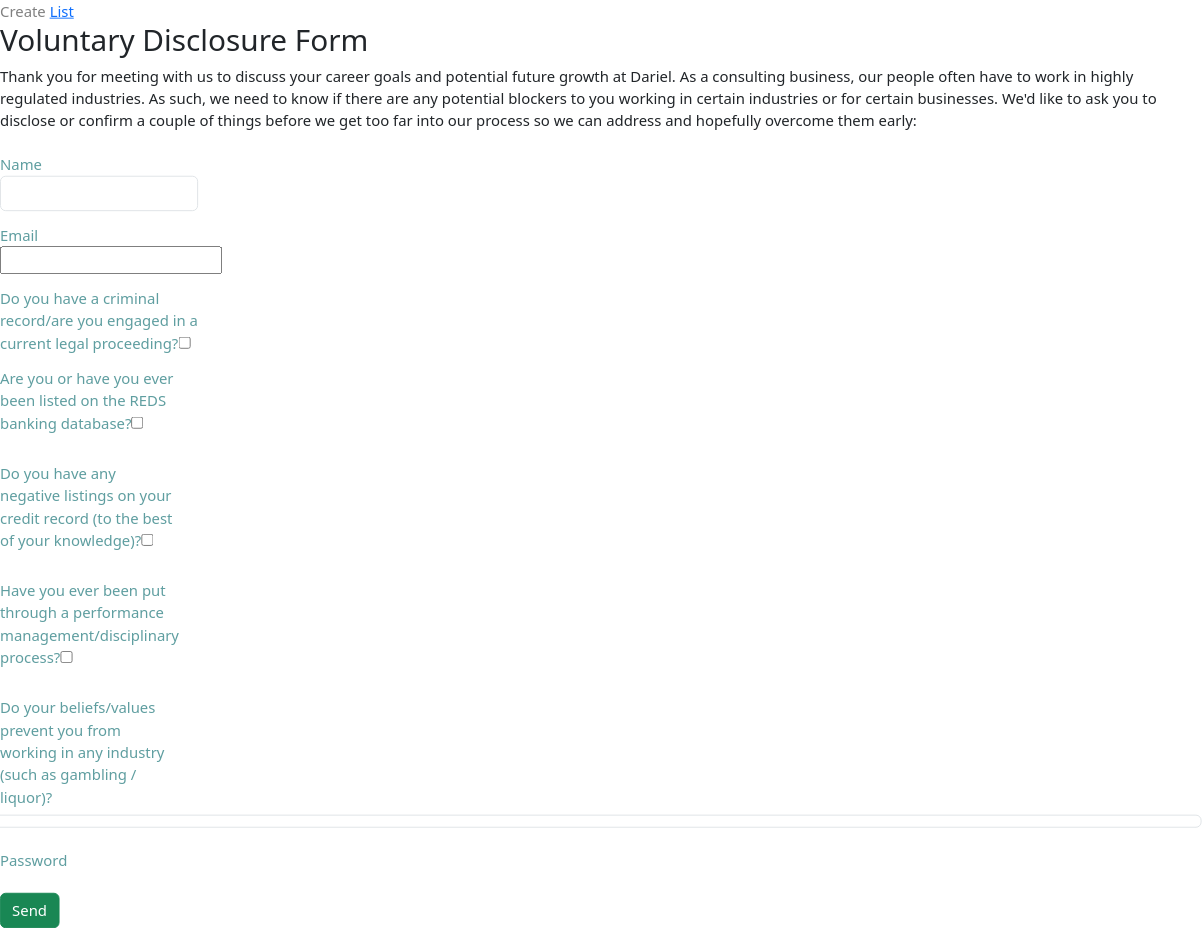
Repository: NtuthukoM/VoluntaryDisclosure
Page: / (app in disclosures-client/)
An editor plug-in stored every save of this project. The page is shown before and after a run of saves, followed by the edit.
The browser window is 1280 px wide. The page is 1292 px wide, so the pictures cover 1292 px, including what lies to the right of the window. The pictures show the whole page, at 93% of full size.
The project was rebuilt for these pictures with package versions that can differ from the ones it lists, and the page was loaded fresh each time. Also part of the build but not shown: disclosures-client/src/pages/ListDisclosures.js, disclosures-client/src/pages/DisclosureDetails.js, disclosures-client/src/pages/DisclosureSubmitted.js.

Above is the page before, as saved 2023-05-30 20:42:31.

### disclosures-client/public/index.html
<!DOCTYPE html>
<html lang="en">
  <head>
    <meta charset="utf-8" />

    <meta name="viewport" content="width=device-width, initial-scale=1" />
    <meta name="theme-color" content="#000000" />
    <meta
      name="description"
      content="Web site created using create-react-app"
    />
    <link rel="apple-touch-icon" href="%PUBLIC_URL%/logo192.png" />
    <!--
      manifest.json provides metadata used when your web app is installed on a
      user's mobile device or desktop. See https://developers.google.com/web/fundamentals/web-app-manifest/
    -->
    <link rel="manifest" href="%PUBLIC_URL%/manifest.json" />
    <!--
      Notice the use of %PUBLIC_URL% in the tags above.
      It will be replaced with the URL of the `public` folder during the build.
      Only files inside the `public` folder can be referenced from the HTML.

      Unlike "/favicon.ico" or "favicon.ico", "%PUBLIC_URL%/favicon.ico" will
      work correctly both with client-side routing and a non-root public URL.
      Learn how to configure a non-root public URL by running `npm run build`.
    -->
    <title>React App</title>
  </head>
  <body>
    <noscript>You need to enable JavaScript to run this app.</noscript>
    <div id="root"></div>
    <!--
      This HTML file is a template.
      If you open it directly in the browser, you will see an empty page.

      You can add webfonts, meta tags, or analytics to this file.
      The build step will place the bundled scripts into the <body> tag.

      To begin the development, run `npm start` or `yarn start`.
      To create a production bundle, use `npm run build` or `yarn build`.
    -->
  </body>
</html>

### disclosures-client/src/index.js
import React from 'react';
import ReactDOM from 'react-dom/client';
import './bootstrap.css';
// import './index.css';
import App from './App';
import reportWebVitals from './reportWebVitals';

const root = ReactDOM.createRoot(document.getElementById('root'));
root.render(
  <React.StrictMode>
    <App />
  </React.StrictMode>
);

// If you want to start measuring performance in your app, pass a function
// to log results (for example: reportWebVitals(console.log))
// or send to an analytics endpoint. Learn more: https://bit.ly/CRA-vitals
reportWebVitals();

### disclosures-client/src/App.js
import logo from './logo.svg';
import {CreateDisclosures} from './pages/CreateDisclosure';
import {ListDisclosures} from './pages/ListDisclosures';
import {DisclosureDetails} from './pages/DisclosureDetails';
import {DisclosureSubmitted} from './pages/DisclosureSubmitted';
import { BrowserRouter, Routes, Route } from "react-router-dom";
import './App.css';

function App() {
  return (

      <BrowserRouter>
        <Routes>
          <Route path="/" element={<CreateDisclosures/>} />
          <Route path="/list" element={<ListDisclosures/>} />
          <Route path="/submitted" element={<DisclosureSubmitted/>} />
          <Route path="/details/:id" element={<DisclosureDetails/>} />
        </Routes>
      </BrowserRouter>
  );
}

export default App;

### disclosures-client/src/pages/CreateDisclosure.js
import { useState } from "react";
import { discloseUrl} from '../models/models';
import { Nav} from "../components/nav";
import { redirect } from "react-router-dom";

export function CreateDisclosures(){
    const [fullName, setFullName] = useState('');
    const [email, setEmail] = useState('');
    const [criminalRecord, setCriminalRecord] = useState(false);
    const [redsBankingDbListed, setRedsBankingDbListed] = useState(false);
    const [negativeCreditListing, setNegativeCreditListing] = useState(false);
    const [performanceManagementPlaced, setPerformanceManagementPlaced] = useState(false);
    const [ethicalIndustringRestriction, setEthicalIndustringRestriction] = useState(false);
    const [submitting, setSubmitting] = useState(false);

    function onFormSubmit(e){
        e.preventDefault();
        setSubmitting(true);
        let model = {
            fullName: fullName,
            email: email,
            criminalRecord: criminalRecord,
            redsBankingDbListed: redsBankingDbListed,
            negativeCreditListing: negativeCreditListing,
            performanceManagementPlaced: performanceManagementPlaced,
            ethicalIndustringRestriction: ethicalIndustringRestriction
        }
        const ops = {
            method: 'POST',
            headers: {
                "Content-Type": "application/json",
                // 'Content-Type': 'application/x-www-form-urlencoded',
              },
              redirect: "follow", // manual, *follow, error
              referrerPolicy: "no-referrer", // no-referrer, *no-referrer-when-downgrade, origin, origin-when-cross-origin, same-origin, strict-origin, strict-origin-when-cross-origin, unsafe-url
              body: JSON.stringify(model), // body data type must match "Content-Type" header
        };
        const response = fetch(discloseUrl, ops)
        .then(() => {
            setSubmitting(false);
            console.log('redirecting');
           return redirect("/submitted");
        }).catch(exc => console.log(`error ${exc}`));
    }
    return (
        <>
            <Nav />
            <h2>Voluntary Disclosure Form</h2>
            <p>
                Thank you for meeting with us to discuss your career goals and potential future growth at Dariel.
                As a consulting business, our people often have to work in highly regulated industries.
                As such, we need to know if there are any potential blockers to you working in certain industries or for certain businesses.
                We'd like to ask you to disclose or confirm a couple of things before we get too far into our process so we can address and hopefully overcome them early:
            </p>
            <form onSubmit={onFormSubmit}>


            <div className="form-group">
                <label className="col-sm-2 col-form-label">
                    Name
                    <input className="form-control" type="text" value={fullName} onChange={(e) => setFullName(e.target.value) } disabled={submitting} />
                </label>
            </div>

            <div>
                <label className="col-sm-2 col-form-label">
                    Email
                    <input type="text" value={email} onChange={e => setEmail(e.target.value)} disabled={submitting}  />
                </label>
            </div>


            <div>
                <label className="col-sm-2 col-form-label">
                    Do you have a criminal record/are you engaged in a current legal proceeding?
                    <input type="checkbox" value={criminalRecord} onChange={e => {
                        setCriminalRecord(!criminalRecord);
                        }}  disabled={submitting} />
                </label>
            </div>
            <div className="mb-3 row">
                <label className="col-sm-2 col-form-label">
                Are you or have you ever been listed on the REDS banking database?
                    <input type="checkbox"  value={redsBankingDbListed} onChange={e => {
                        setRedsBankingDbListed(!redsBankingDbListed);
                        }}  disabled={submitting} />
                </label>
            </div>
            <div className="mb-3 row">
                <label className="col-sm-2 col-form-label">
                Do you have any negative listings on your credit record (to the best of your knowledge)?
                    <input type="checkbox"  value={negativeCreditListing} onChange={e => {
                        setNegativeCreditListing(!negativeCreditListing);
                        }}  disabled={submitting} />
                </label>
            </div>
            <div className="mb-3 row">
                <label className="col-sm-2 col-form-label">
                Have you ever been put through a performance management/disciplinary process?
                    <input type="checkbox"  value={performanceManagementPlaced} onChange={e => {
                        setPerformanceManagementPlaced(!performanceManagementPlaced);
                        }}  disabled={submitting} />
                </label>
            </div>
            <div className="mb-3 row">
                <label className="col-sm-2 col-form-label">
                Do your beliefs/values prevent you from working in any industry (such as gambling / liquor)?
                </label>
                    <input type="checkbox" className="form-control"  value={ethicalIndustringRestriction} onChange={e => {
                        setEthicalIndustringRestriction(!ethicalIndustringRestriction);
                        }}  disabled={submitting} />
            </div>
            <div className="mb-3 row">
    <label for="inputPassword" className="col-sm-2 col-form-label">Password</label>
    <div className="col-sm-10">

    </div>
  </div>
            <div>
                <button className="btn btn-success" disabled={submitting}>Send</button>
            </div>
             </form>
        </>
    );
}

### disclosures-client/src/App.css
.App {
  text-align: center;
}

.active {
  color: gray;
  text-decoration: none;
  cursor: default;
}

label {
  color: cadetblue;
}

.App-logo {
  height: 40vmin;
  pointer-events: none;
}

@media (prefers-reduced-motion: no-preference) {
  .App-logo {
    animation: App-logo-spin infinite 20s linear;
  }
}

.App-header {
  background-color: #282c34;
  min-height: 100vh;
  display: flex;
  flex-direction: column;
  align-items: center;
  justify-content: center;
  font-size: calc(10px + 2vmin);
  color: white;
}

.App-link {
  color: #61dafb;
}

@keyframes App-logo-spin {
  from {
    transform: rotate(0deg);
  }
  to {
    transform: rotate(360deg);
  }
}

### disclosures-client/src/models/models.js
export const discloseUrl = 'https://localhost:7163/api/Disclosures';

### disclosures-client/src/components/nav.js
import {NavLink} from "react-router-dom"

export function Nav(){
    return (
        <>
            <nav>
                <NavLink to="/" className={({isActive}) => isActive ? "active" : "go-to"}>Create </NavLink>
                <NavLink to="/list" className={({isActive}) => isActive ? "active" : ""}>List </NavLink>
            </nav>
        </>
    )
}

Loaded but not shown: disclosures-client/src/bootstrap.css (library); disclosures-client/src/reportWebVitals.js (common file)

After the next 2 saves:
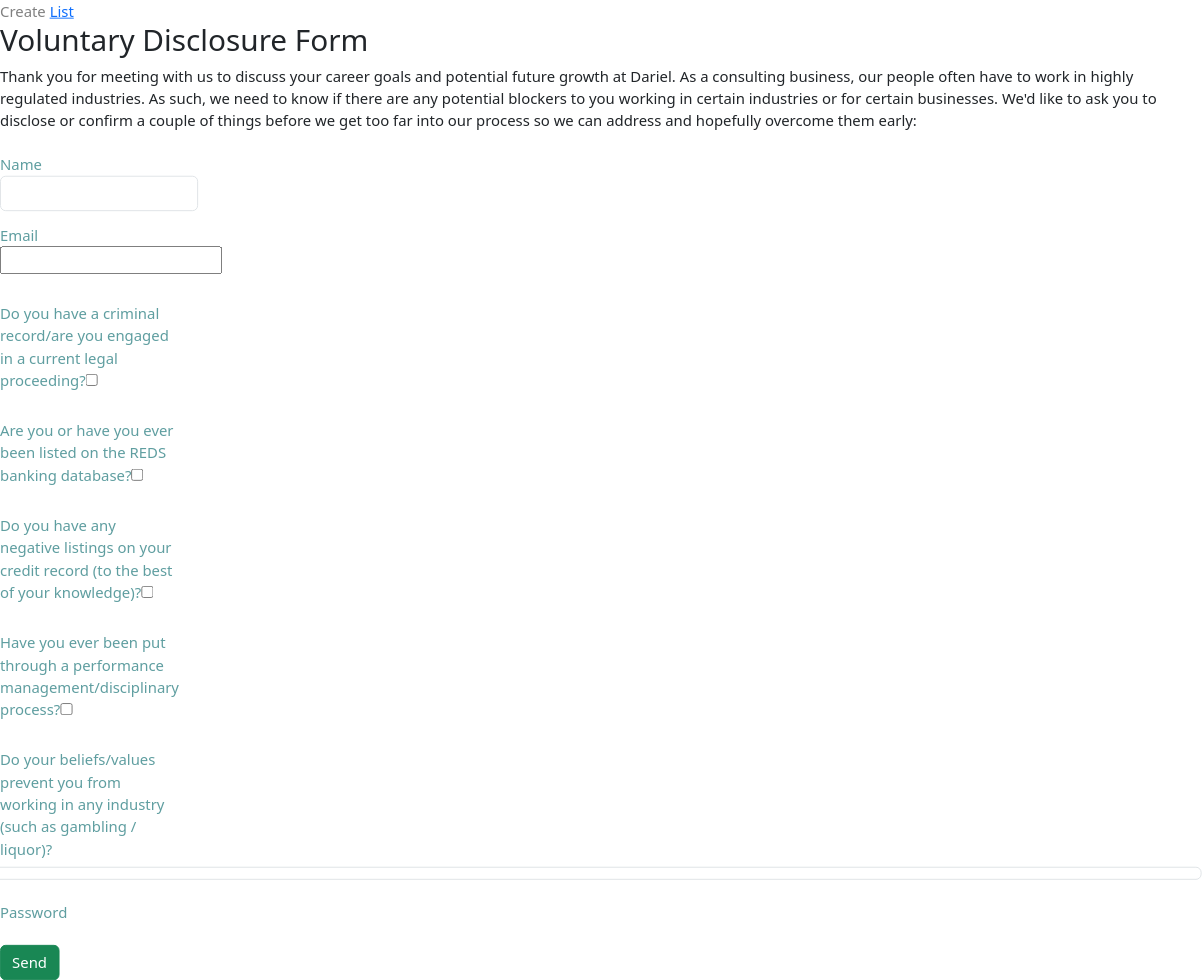
The 2 saves are shown as one change because they came seconds apart.
The last was saved 8 s later.
--- a/disclosures-client/src/pages/CreateDisclosure.js
+++ b/disclosures-client/src/pages/CreateDisclosure.js
@@ -62,7 +62,7 @@ export function CreateDisclosures(){
                 </label>
             </div>
 
-            <div>
+            <div className="mb-3 row">
                 <label className="col-sm-2 col-form-label">
                     Email
                     <input type="text" value={email} onChange={e => setEmail(e.target.value)} disabled={submitting}  />
@@ -70,7 +70,7 @@ export function CreateDisclosures(){
             </div>
 
 
-            <div>
+            <div className="mb-3 row">
                 <label className="col-sm-2 col-form-label">
                     Do you have a criminal record/are you engaged in a current legal proceeding?
                     <input type="checkbox" value={criminalRecord} onChange={e => {
